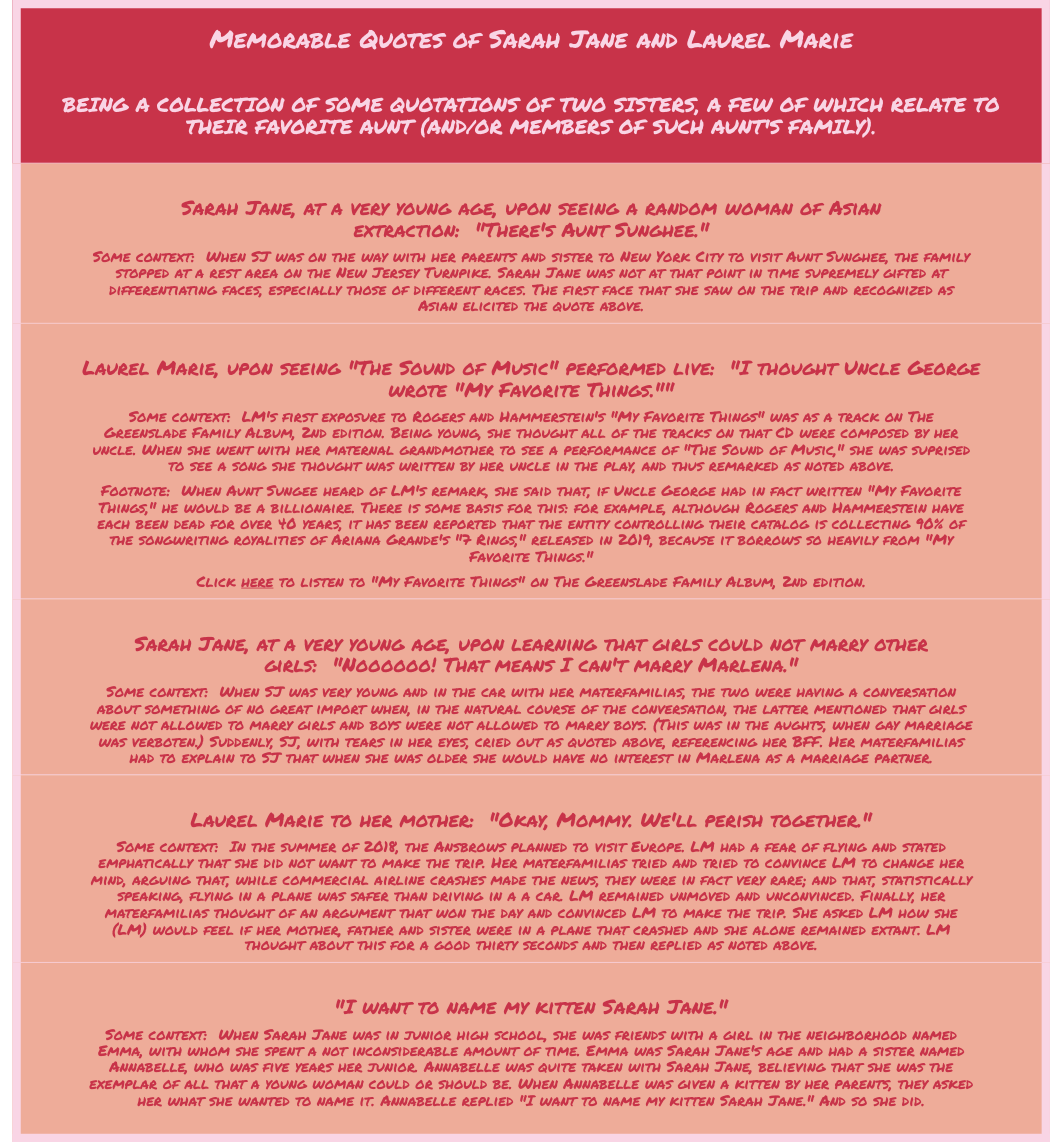
Repository: George2916/Sarah-Jane-and-Laurel-Marie
Page: quotes.html
The author's editor kept a record of every edit. The page is drawn from the files as they stood at one moment, then again after the next edit.
The browser window is 1280 px wide. The pictures show the whole page, at 83% of full size.

Above is the page before.
Console error: TypeError: Cannot read properties of null (reading 'style')

After the next edit:
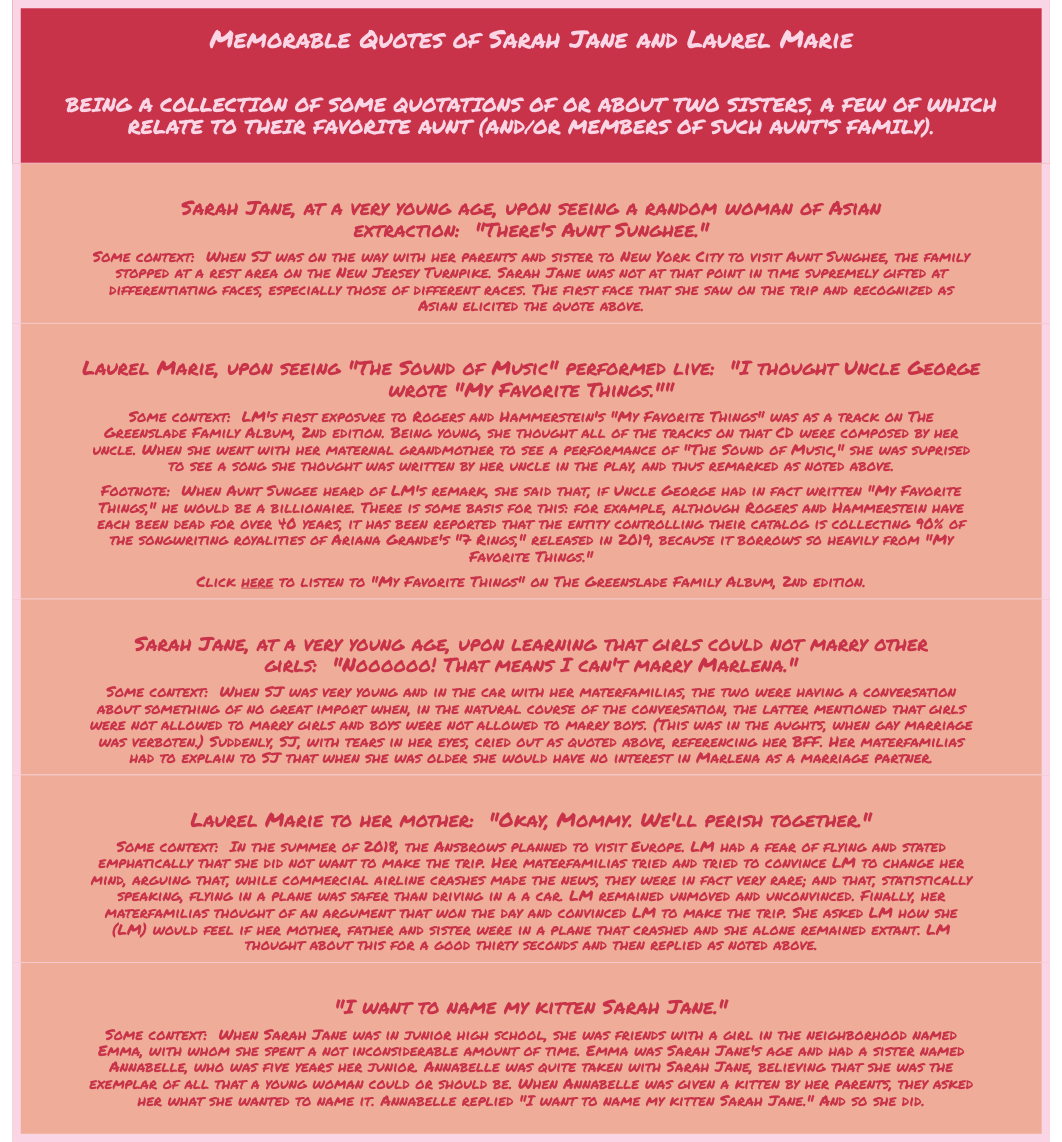
The edit:
--- a/quotes.html
+++ b/quotes.html
@@ -26,7 +26,7 @@
   <div class="FPborder FPheading"><h2>Memorable Quotes of Sarah Jane and Laurel Marie
             </h2>
             <br>
-            <h3 class="FPtextHeading">BEING A COLLECTION OF SOME QUOTATIONS OF TWO SISTERS, A FEW OF WHICH RELATE TO THEIR FAVORITE AUNT (AND/OR MEMBERS OF SUCH AUNT'S FAMILY).</h3>
+            <h3 class="FPtextHeading">BEING A COLLECTION OF SOME QUOTATIONS OF OR ABOUT TWO SISTERS, A FEW OF WHICH RELATE TO THEIR FAVORITE AUNT (AND/OR MEMBERS OF SUCH AUNT'S FAMILY).</h3>
   </div>
 
   <div class="qBackground1">
